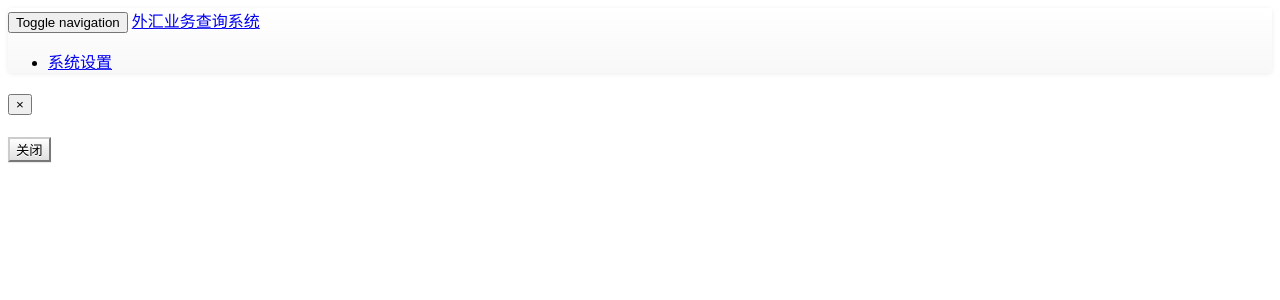
Repository: xyj4421/BG_demo
Page: BG_demo2/WebRoot/index.html
These files come from the project's save history. The page is drawn as it stood at one moment and after the next save; the edit follows.
The browser window is 1280 px wide. The pictures show the whole page.
The page's requests for data from a server got no answer.

Above is the page before, as saved 2015-10-23 04:01:29.
Console error: TypeError: Cannot read properties of undefined (reading 'id')

### BG_demo2/WebRoot/index.html
<!DOCTYPE html>
<html lang="zh-CN">
<head>
<meta charset="utf-8">
    <meta http-equiv="X-UA-Compatible" content="IE=edge">
    <meta name="viewport" content="width=device-width, initial-scale=1">
<title>index.html</title>

<meta http-equiv="keywords" content="keyword1,keyword2,keyword3">
<meta http-equiv="description" content="this is my page">
<meta http-equiv="content-type" content="text/html; charset=UTF-8">
<!-- <link rel="stylesheet" href="bootstrap/css/bootstrap.css" type="text/css"></link>
   <script type="text/javascript" src="jquery/jquery-1.11.3.min.js"></script>
  <script type="text/javascript" src="bootstrap/js/bootstrap.min.js"></script>
 <link rel="stylesheet" href="bootstrap/css/bootstrap.min.css" type="text/css"></link>

   -->

<link rel="stylesheet" href="bootstrap/css/bootstrap-theme.min.css" type="text/css"></link>

 <script type="text/javascript" src="jquery/jquery-1.11.3.min.js"></script>
<script type="text/javascript" src="bootstrap/js/bootstrap.min.js"></script>

<script type="text/javascript" src="JSON/json2.js"></script>
<script>
	var question;
	var option;
	$(function() {
		initQuestion(1);
		alert(question.id);
		initOption(question.id);
		/*
		 $.post("queryById", {
		 id : 1
		 },

		 function(data, status) {
		 question = eval("(" + data + ")");
		 //alert(question.id + " " + question.content);
		 $("#question").text(question.content);
		 $.post("queryByQid", {
		 qid : question.id
		 },

		 function(data, status) {
		 //alert(data[1]);
		 jQuery.each(data, function(i, item) {
		 // alert(item.id+","+item.optContent);
		 var newRow = "<tr><td>" + item.id + "</td><td>"
		 + item.optContent + "</td><td>" + item.nextId
		 + "</td><td>" + item.isBusiness + "</td></tr>";
		 $("#option tr:last").after(newRow);

		 });
		 $("#option tr td:nth-child(1)").hide();
		 $("#option tr td:nth-child(3)").hide();
		 $("#option tr td:nth-child(4)").hide();
		 $("#option td").click(
		 function() {

		 var tdSeq = $(this).parent().find("td").index(
		 $(this));
		 var trSeq = $(this).parent().parent().find("tr")
		 .index($(this).parent())-1;

		 alert($("#option tr:gt(0):eq(" + trSeq+ ") td:eq(2)").text());
		 var nextId = $("#option tr:gt(0):eq(" + trSeq+ ") td:eq(2)").text();
		 var isBusiness = $("#option tr:gt(0):eq(" + trSeq+ ") td:eq(3)").text();
		 $.post("nextStep", {
		 nextId : nextId,
		 isBusiness:isBusiness
		 },function(){

		 });

		 //alert("第" + (trSeq) + "行，第" + (tdSeq+1) + "列");
		 })

		 });
		 });

		 //alert($("#option").text());
		 */
	});

	function initQuestion(qid) {
		$.post("queryById", {
			id : qid
		}, function(data, status) {
			question = eval("(" + data + ")");
			$("#question").text(question.content);
			initOption(question.id);
		});
	}

	function initOption(qid) {
		//alert(qid);
		$("#option").empty();
		$.post("queryByQid", {
			qid : qid
		},

		function(data, status) {
			//alert(data);

			jQuery.each(data, function(i, item) {
				// alert(item.id+","+item.optContent);
				var newRow = "<tr><td>" + item.id + "</td><td onclick=\"next("+item.nextId+","+item.isBusiness+")\"><span class=\"glyphicon glyphicon-chevron-right\"></span>"
						+ item.optContent + "</td><td>" + item.nextId
						+ "</td><td>" + item.isBusiness + "</td></tr>";
				$("#option").append(newRow);


			});

				$("#option tr td:nth-child(1)").hide();
				$("#option tr td:nth-child(3)").hide();
				$("#option tr td:nth-child(4)").hide();
				/*
			$("#option td").click(
		 function() {

		 var tdSeq = $(this).parent().find("td").index(
		 $(this));
		 var trSeq = $(this).parent().parent().find("tr")
		 .index($(this).parent());
		//alert("第"+trSeq+"行,第"+tdSeq+"列");
		 //alert($("#option tr:gt(0):eq(" + trSeq+ ") td:eq(2)").text());
		 var nextId = $("#option tr:gt(0):eq(" + trSeq+ ") td:eq(2)").text();
		 var isBusiness = $("#option tr:gt(0):eq(" + trSeq+ ") td:eq(3)").text();
		//alert("nextId:"+nextId+"    isBusiness:"+isBusiness);

		 });*/
		});
	}
	function next(nextId,isBusiness){
	//alert(nextId+"  "+isBusiness);
	if(isBusiness){
	$.post("queryByBid", {
		 bid : nextId
		 },function(data ,status){
			var business = eval("(" + data + ")");
			$("#title").text(business.title);


			$.post("findDetailByBid", {
		 bid : nextId
		 },function(data ,status){
			//var business = eval("(" + data + ")");
			//$("#title").text(business.title);
			$("#detailContent").empty();
			//alert(data);
			jQuery.each(data, function(i, item) {
				//alert(item.name+",dddd"+item.content);

				var newRow = "<tr><td>" + item.name +"</td><td>" + item.content + "</td></tr>";
				$("#detailContent").append(newRow);



			});
		 });



		 });
	$("#detail").modal("show");
	}else{
	initQuestion(nextId);
	}
	/*
	$.post("nextStep", {
		 nextId : nextId,
		 isBusiness:isBusiness
		 },function(){

		 });

		 //alert("第" + (trSeq) + "行，第" + (tdSeq+1) + "列");

		*/
	}
</script>
</head>

<body>
<nav class="navbar navbar-default">
  <div class="container-fluid">
    <!-- Brand and toggle get grouped for better mobile display -->
    <div class="navbar-header">
      <button type="button" class="navbar-toggle collapsed" data-toggle="collapse" data-target="#bs-example-navbar-collapse-1" aria-expanded="false">
        <span class="sr-only">Toggle navigation</span>
        <span class="icon-bar"></span>
        <span class="icon-bar"></span>
        <span class="icon-bar"></span>
      </button>
      <a class="navbar-brand" href="#">外汇业务查询系统</a>
    </div>

    <!-- Collect the nav links, forms, and other content for toggling -->
    <!--
    <div class="collapse navbar-collapse" id="bs-example-navbar-collapse-1">
      <ul class="nav navbar-nav">
        <li class="active"><a href="#">Link <span class="sr-only">(current)</span></a></li>
        <li><a href="#">Link</a></li>
        <li class="dropdown">
          <a href="#" class="dropdown-toggle" data-toggle="dropdown" role="button" aria-haspopup="true" aria-expanded="false">Dropdown <span class="caret"></span></a>
          <ul class="dropdown-menu">
            <li><a href="#">Action</a></li>
            <li><a href="#">Another action</a></li>
            <li><a href="#">Something else here</a></li>
            <li role="separator" class="divider"></li>
            <li><a href="#">Separated link</a></li>
            <li role="separator" class="divider"></li>
            <li><a href="#">One more separated link</a></li>
          </ul>
        </li>
      </ul>
      <form class="navbar-form navbar-left" role="search">
        <div class="form-group">
          <input type="text" class="form-control" placeholder="Search">
        </div>
        <button type="submit" class="btn btn-default">Submit</button>
      </form>
       -->
      <ul class="nav navbar-nav navbar-right">
        <li><a href="#">系统设置</a></li>
        <!-- <li class="dropdown">
          <a href="#" class="dropdown-toggle" data-toggle="dropdown" role="button" aria-haspopup="true" aria-expanded="false">Dropdown <span class="caret"></span></a>
          <ul class="dropdown-menu">
            <li><a href="#">Action</a></li>
            <li><a href="#">Another action</a></li>
            <li><a href="#">Something else here</a></li>
            <li role="separator" class="divider"></li>
            <li><a href="#">Separated link</a></li>
          </ul>
        </li>
         -->
      </ul>
    </div><!-- /.navbar-collapse -->
  </div><!-- /.container-fluid -->
</nav>
<div class="container">
    <div class="row-fluid">
		<div class="col-md-12">

			<div class="row-fluid">
				<div class="col-md-3">
				</div>
				<div class="col-md-6">

						<h1 id="question" ></h1>

	<table id="option" class="table">
					</table>

				</div>
				<div class="col-md-6">
				</div>
			</div>
		</div>
	</div>
    </div>




	<!-- *******************************隐藏窗体********************** -->
	<div class="modal fade" id="detail" tabindex="-1" role="dialog"
   aria-labelledby="myModalLabel" aria-hidden="true">
   <div class="modal-dialog">
      <div class="modal-content">
         <div class="modal-header">
            <button type="button" class="close"
               data-dismiss="modal" aria-hidden="true">
                  &times;
            </button>
            <h4 class="modal-title" id="title">
            </h4>
         </div>
         <div class="modal-body">
            <table class="table" id="detailContent"></table>
         </div>
         <div class="modal-footer">
            <button type="button" class="btn btn-default"
               data-dismiss="modal">关闭
            </button>
         </div>
      </div>
</div>

</body>
</html>

### BG_demo2/WebRoot/JSON/json2.js
/*
    json2.js
    2015-05-03

    Public Domain.

    NO WARRANTY EXPRESSED OR IMPLIED. USE AT YOUR OWN RISK.

    See http://www.JSON.org/js.html


    This code should be minified before deployment.
    See http://javascript.crockford.com/jsmin.html

    USE YOUR OWN COPY. IT IS EXTREMELY UNWISE TO LOAD CODE FROM SERVERS YOU DO
    NOT CONTROL.


    This file creates a global JSON object containing two methods: stringify
    and parse. This file is provides the ES5 JSON capability to ES3 systems.
    If a project might run on IE8 or earlier, then this file should be included.
    This file does nothing on ES5 systems.

        JSON.stringify(value, replacer, space)
            value       any JavaScript value, usually an object or array.

            replacer    an optional parameter that determines how object
                        values are stringified for objects. It can be a
                        function or an array of strings.

            space       an optional parameter that specifies the indentation
                        of nested structures. If it is omitted, the text will
                        be packed without extra whitespace. If it is a number,
                        it will specify the number of spaces to indent at each
                        level. If it is a string (such as '\t' or '&nbsp;'),
                        it contains the characters used to indent at each level.

            This method produces a JSON text from a JavaScript value.

            When an object value is found, if the object contains a toJSON
            method, its toJSON method will be called and the result will be
            stringified. A toJSON method does not serialize: it returns the
            value represented by the name/value pair that should be serialized,
            or undefined if nothing should be serialized. The toJSON method
            will be passed the key associated with the value, and this will be
            bound to the value

            For example, this would serialize Dates as ISO strings.

                Date.prototype.toJSON = function (key) {
                    function f(n) {
                        // Format integers to have at least two digits.
                        return n < 10
                            ? '0' + n
                            : n;
                    }

                    return this.getUTCFullYear()   + '-' +
                         f(this.getUTCMonth() + 1) + '-' +
                         f(this.getUTCDate())      + 'T' +
                         f(this.getUTCHours())     + ':' +
                         f(this.getUTCMinutes())   + ':' +
                         f(this.getUTCSeconds())   + 'Z';
                };

            You can provide an optional replacer method. It will be passed the
            key and value of each member, with this bound to the containing
            object. The value that is returned from your method will be
            serialized. If your method returns undefined, then the member will
            be excluded from the serialization.

            If the replacer parameter is an array of strings, then it will be
            used to select the members to be serialized. It filters the results
            such that only members with keys listed in the replacer array are
            stringified.

            Values that do not have JSON representations, such as undefined or
            functions, will not be serialized. Such values in objects will be
            dropped; in arrays they will be replaced with null. You can use
            a replacer function to replace those with JSON values.
            JSON.stringify(undefined) returns undefined.

            The optional space parameter produces a stringification of the
            value that is filled with line breaks and indentation to make it
            easier to read.

            If the space parameter is a non-empty string, then that string will
            be used for indentation. If the space parameter is a number, then
            the indentation will be that many spaces.

            Example:

            text = JSON.stringify(['e', {pluribus: 'unum'}]);
            // text is '["e",{"pluribus":"unum"}]'


            text = JSON.stringify(['e', {pluribus: 'unum'}], null, '\t');
            // text is '[\n\t"e",\n\t{\n\t\t"pluribus": "unum"\n\t}\n]'

            text = JSON.stringify([new Date()], function (key, value) {
                return this[key] instanceof Date
                    ? 'Date(' + this[key] + ')'
                    : value;
            });
            // text is '["Date(---current time---)"]'


        JSON.parse(text, reviver)
            This method parses a JSON text to produce an object or array.
            It can throw a SyntaxError exception.

            The optional reviver parameter is a function that can filter and
            transform the results. It receives each of the keys and values,
            and its return value is used instead of the original value.
            If it returns what it received, then the structure is not modified.
            If it returns undefined then the member is deleted.

            Example:

            // Parse the text. Values that look like ISO date strings will
            // be converted to Date objects.

            myData = JSON.parse(text, function (key, value) {
                var a;
                if (typeof value === 'string') {
                    a =
/^(\d{4})-(\d{2})-(\d{2})T(\d{2}):(\d{2}):(\d{2}(?:\.\d*)?)Z$/.exec(value);
                    if (a) {
                        return new Date(Date.UTC(+a[1], +a[2] - 1, +a[3], +a[4],
                            +a[5], +a[6]));
                    }
                }
                return value;
            });

            myData = JSON.parse('["Date(09/09/2001)"]', function (key, value) {
                var d;
                if (typeof value === 'string' &&
                        value.slice(0, 5) === 'Date(' &&
                        value.slice(-1) === ')') {
                    d = new Date(value.slice(5, -1));
                    if (d) {
                        return d;
                    }
                }
                return value;
            });


    This is a reference implementation. You are free to copy, modify, or
    redistribute.
*/

/*jslint
    eval, for, this
*/

/*property
    JSON, apply, call, charCodeAt, getUTCDate, getUTCFullYear, getUTCHours,
    getUTCMinutes, getUTCMonth, getUTCSeconds, hasOwnProperty, join,
    lastIndex, length, parse, prototype, push, replace, slice, stringify,
    test, toJSON, toString, valueOf
*/


// Create a JSON object only if one does not already exist. We create the
// methods in a closure to avoid creating global variables.

if (typeof JSON !== 'object') {
    JSON = {};
}

(function () {
    'use strict';

    var rx_one = /^[\],:{}\s]*$/,
        rx_two = /\\(?:["\\\/bfnrt]|u[0-9a-fA-F]{4})/g,
        rx_three = /"[^"\\\n\r]*"|true|false|null|-?\d+(?:\.\d*)?(?:[eE][+\-]?\d+)?/g,
        rx_four = /(?:^|:|,)(?:\s*\[)+/g,
        rx_escapable = /[\\\"\u0000-\u001f\u007f-\u009f\u00ad\u0600-\u0604\u070f\u17b4\u17b5\u200c-\u200f\u2028-\u202f\u2060-\u206f\ufeff\ufff0-\uffff]/g,
        rx_dangerous = /[\u0000\u00ad\u0600-\u0604\u070f\u17b4\u17b5\u200c-\u200f\u2028-\u202f\u2060-\u206f\ufeff\ufff0-\uffff]/g;

    function f(n) {
        // Format integers to have at least two digits.
        return n < 10
            ? '0' + n
            : n;
    }

    function this_value() {
        return this.valueOf();
    }

    if (typeof Date.prototype.toJSON !== 'function') {

        Date.prototype.toJSON = function () {

            return isFinite(this.valueOf())
                ? this.getUTCFullYear() + '-' +
                        f(this.getUTCMonth() + 1) + '-' +
                        f(this.getUTCDate()) + 'T' +
                        f(this.getUTCHours()) + ':' +
                        f(this.getUTCMinutes()) + ':' +
                        f(this.getUTCSeconds()) + 'Z'
                : null;
        };

        Boolean.prototype.toJSON = this_value;
        Number.prototype.toJSON = this_value;
        String.prototype.toJSON = this_value;
    }

    var gap,
        indent,
        meta,
        rep;


    function quote(string) {

// If the string contains no control characters, no quote characters, and no
// backslash characters, then we can safely slap some quotes around it.
// Otherwise we must also replace the offending characters with safe escape
// sequences.

        rx_escapable.lastIndex = 0;
        return rx_escapable.test(string)
            ? '"' + string.replace(rx_escapable, function (a) {
                var c = meta[a];
                return typeof c === 'string'
                    ? c
                    : '\\u' + ('0000' + a.charCodeAt(0).toString(16)).slice(-4);
            }) + '"'
            : '"' + string + '"';
    }


    function str(key, holder) {

// Produce a string from holder[key].

        var i,          // The loop counter.
            k,          // The member key.
            v,          // The member value.
            length,
            mind = gap,
            partial,
            value = holder[key];

// If the value has a toJSON method, call it to obtain a replacement value.

        if (value && typeof value === 'object' &&
                typeof value.toJSON === 'function') {
            value = value.toJSON(key);
        }

// If we were called with a replacer function, then call the replacer to
// obtain a replacement value.

        if (typeof rep === 'function') {
            value = rep.call(holder, key, value);
        }

// What happens next depends on the value's type.

        switch (typeof value) {
        case 'string':
            return quote(value);

        case 'number':

// JSON numbers must be finite. Encode non-finite numbers as null.

            return isFinite(value)
                ? String(value)
                : 'null';

        case 'boolean':
        case 'null':

// If the value is a boolean or null, convert it to a string. Note:
// typeof null does not produce 'null'. The case is included here in
// the remote chance that this gets fixed someday.

            return String(value);

// If the type is 'object', we might be dealing with an object or an array or
// null.

        case 'object':

// Due to a specification blunder in ECMAScript, typeof null is 'object',
// so watch out for that case.

            if (!value) {
                return 'null';
            }

// Make an array to hold the partial results of stringifying this object value.

            gap += indent;
            partial = [];

// Is the value an array?

            if (Object.prototype.toString.apply(value) === '[object Array]') {

// The value is an array. Stringify every element. Use null as a placeholder
// for non-JSON values.

                length = value.length;
                for (i = 0; i < length; i += 1) {
                    partial[i] = str(i, value) || 'null';
                }

// Join all of the elements together, separated with commas, and wrap them in
// brackets.

                v = partial.length === 0
                    ? '[]'
                    : gap
                        ? '[\n' + gap + partial.join(',\n' + gap) + '\n' + mind + ']'
                        : '[' + partial.join(',') + ']';
                gap = mind;
                return v;
            }

// If the replacer is an array, use it to select the members to be stringified.

            if (rep && typeof rep === 'object') {
                length = rep.length;
                for (i = 0; i < length; i += 1) {
                    if (typeof rep[i] === 'string') {
                        k = rep[i];
                        v = str(k, value);
                        if (v) {
                            partial.push(quote(k) + (
                                gap
                                    ? ': '
                                    : ':'
                            ) + v);
                        }
                    }
                }
            } else {

// Otherwise, iterate through all of the keys in the object.

                for (k in value) {
                    if (Object.prototype.hasOwnProperty.call(value, k)) {
                        v = str(k, value);
                        if (v) {
                            partial.push(quote(k) + (
                                gap
                                    ? ': '
                                    : ':'
                            ) + v);
                        }
                    }
                }
            }

// Join all of the member texts together, separated with commas,
// and wrap them in braces.

            v = partial.length === 0
                ? '{}'
                : gap
                    ? '{\n' + gap + partial.join(',\n' + gap) + '\n' + mind + '}'
                    : '{' + partial.join(',') + '}';
            gap = mind;
            return v;
        }
    }

// If the JSON object does not yet have a stringify method, give it one.

    if (typeof JSON.stringify !== 'function') {
        meta = {    // table of character substitutions
            '\b': '\\b',
            '\t': '\\t',
            '\n': '\\n',
            '\f': '\\f',
            '\r': '\\r',
            '"': '\\"',
            '\\': '\\\\'
        };
        JSON.stringify = function (value, replacer, space) {

// The stringify method takes a value and an optional replacer, and an optional
// space parameter, and returns a JSON text. The replacer can be a function
// that can replace values, or an array of strings that will select the keys.
// A default replacer method can be provided. Use of the space parameter can
// produce text that is more easily readable.

            var i;
            gap = '';
            indent = '';

// If the space parameter is a number, make an indent string containing that
// many spaces.

            if (typeof space === 'number') {
                for (i = 0; i < space; i += 1) {
                    indent += ' ';
                }

// If the space parameter is a string, it will be used as the indent string.

            } else if (typeof space === 'string') {
                indent = space;
            }

// If there is a replacer, it must be a function or an array.
// Otherwise, throw an error.

            rep = replacer;
            if (replacer && typeof replacer !== 'function' &&
                    (typeof replacer !== 'object' ||
                    typeof replacer.length !== 'number')) {
                throw new Error('JSON.stringify');
            }

// Make a fake root object containing our value under the key of ''.
// Return the result of stringifying the value.

            return str('', {'': value});
        };
    }


// If the JSON object does not yet have a parse method, give it one.

    if (typeof JSON.parse !== 'function') {
        JSON.parse = function (text, reviver) {

// The parse method takes a text and an optional reviver function, and returns
// a JavaScript value if the text is a valid JSON text.

            var j;

            function walk(holder, key) {

// The walk method is used to recursively walk the resulting structure so
// that modifications can be made.

                var k, v, value = holder[key];
                if (value && typeof value === 'object') {
                    for (k in value) {
                        if (Object.prototype.hasOwnProperty.call(value, k)) {
                            v = walk(value, k);
                            if (v !== undefined) {
                                value[k] = v;
                            } else {
                                delete value[k];
                            }
                        }
                    }
                }
                return reviver.call(holder, key, value);
            }


// Parsing happens in four stages. In the first stage, we replace certain
// Unicode characters with escape sequences. JavaScript handles many characters
// incorrectly, either silently deleting them, or treating them as line endings.

            text = String(text);
            rx_dangerous.lastIndex = 0;
            if (rx_dangerous.test(text)) {
                text = text.replace(rx_dangerous, function (a) {
                    return '\\u' +
                            ('0000' + a.charCodeAt(0).toString(16)).slice(-4);
                });
            }

// In the second stage, we run the text against regular expressions that look
// for non-JSON patterns. We are especially concerned with '()' and 'new'
// because they can cause invocation, and '=' because it can cause mutation.
// But just to be safe, we want to reject all unexpected forms.

// We split the second stage into 4 regexp operations in order to work around
// crippling inefficiencies in IE's and Safari's regexp engines. First we
// replace the JSON backslash pairs with '@' (a non-JSON character). Second, we
// replace all simple value tokens with ']' characters. Third, we delete all
// open brackets that follow a colon or comma or that begin the text. Finally,
// we look to see that the remaining characters are only whitespace or ']' or
// ',' or ':' or '{' or '}'. If that is so, then the text is safe for eval.

            if (
                rx_one.test(
                    text
                        .replace(rx_two, '@')
                        .replace(rx_three, ']')
                        .replace(rx_four, '')
                )
            ) {

// In the third stage we use the eval function to compile the text into a
// JavaScript structure. The '{' operator is subject to a syntactic ambiguity
// in JavaScript: it can begin a block or an object literal. We wrap the text
// in parens to eliminate the ambiguity.

                j = eval('(' + text + ')');

// In the optional fourth stage, we recursively walk the new structure, passing
// each name/value pair to a reviver function for possible transformation.

                return typeof reviver === 'function'
                    ? walk({'': j}, '')
                    : j;
            }

// If the text is not JSON parseable, then a SyntaxError is thrown.

            throw new SyntaxError('JSON.parse');
        };
    }
}());

Loaded but not shown: BG_demo2/WebRoot/bootstrap/css/bootstrap-theme.min.css (library); BG_demo2/WebRoot/jquery/jquery-1.11.3.min.js (library); BG_demo2/WebRoot/bootstrap/js/bootstrap.min.js (library); BG_demo2/WebRoot/bootstrap/css/bootstrap.min.css (library)

After the next save:
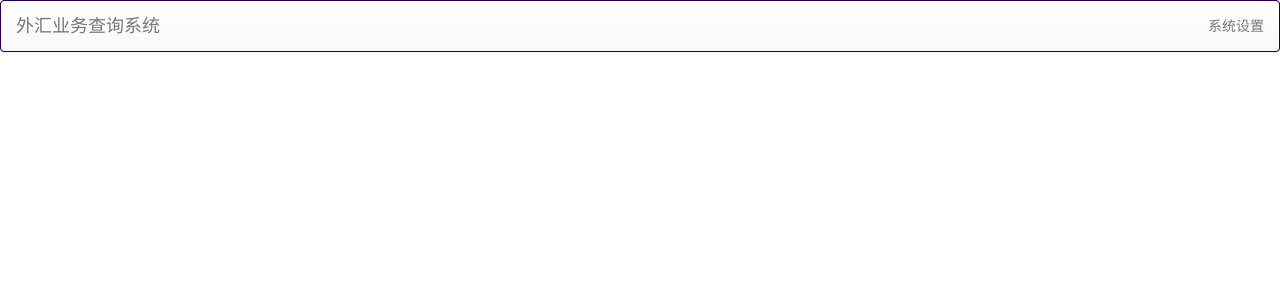
Saved 14 s later.
--- a/BG_demo2/WebRoot/index.html
+++ b/BG_demo2/WebRoot/index.html
@@ -12,9 +12,9 @@
 <!-- <link rel="stylesheet" href="bootstrap/css/bootstrap.css" type="text/css"></link>
    <script type="text/javascript" src="jquery/jquery-1.11.3.min.js"></script>
   <script type="text/javascript" src="bootstrap/js/bootstrap.min.js"></script>
+
+   -->
  <link rel="stylesheet" href="bootstrap/css/bootstrap.min.css" type="text/css"></link>
-
-   -->
 
 <link rel="stylesheet" href="bootstrap/css/bootstrap-theme.min.css" type="text/css"></link>
 
